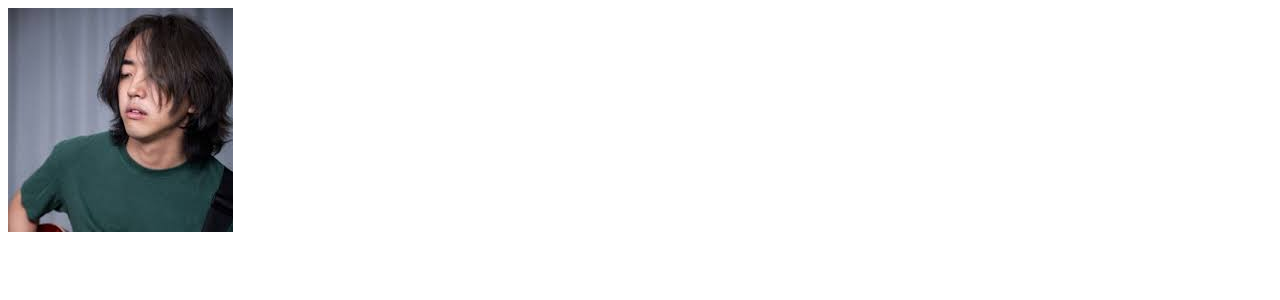
Repository: Migorithm/front_work
Page: front05_JQuery/src/main/webapp/3_event/jq01_append.html
The author's editor kept a copy of each file at every save. The page is drawn from the files as they stood at one save, then again after the next save.
The browser window is 1280 px wide. The pictures show the whole page.

Above is the page before, as saved 2021-09-03 05:15:16.

### front05_JQuery/src/main/webapp/3_event/jq01_append.html
<!DOCTYPE html>
<html>
<head>
<meta charset="UTF-8">
<title>Insert title here</title>
<style type="text/css"></style>
</head>

<script src="https://ajax.googleapis.com/ajax/libs/jquery/3.6.0/jquery.min.js"></script>
<script>
	$(function(){

		});
</script>


<body>
<img alt="" src="../image/1.jpg">
</body>
</html>

After the next save:
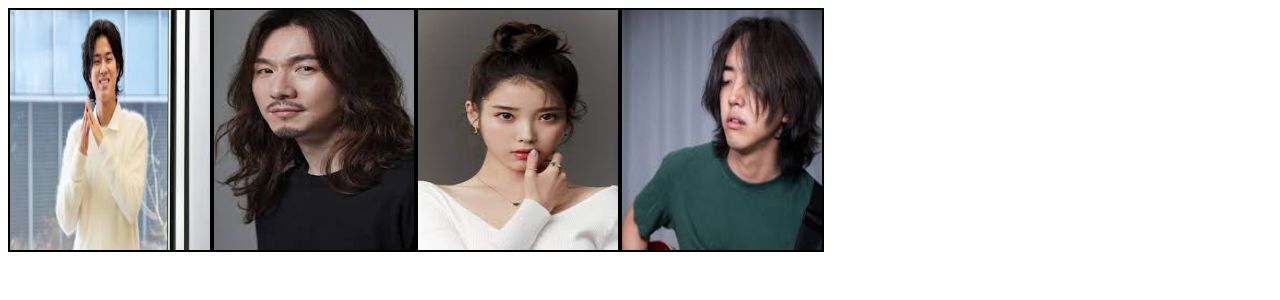
Saved 42 s later.
--- a/front05_JQuery/src/main/webapp/3_event/jq01_append.html
+++ b/front05_JQuery/src/main/webapp/3_event/jq01_append.html
@@ -2,13 +2,28 @@
 <html>
 <head>
 <meta charset="UTF-8">
-<title>Insert title here</title>
-<style type="text/css"></style>
+<title>setInterval(), append(), appendTo()</title>
+<style type="text/css">
+	.star{border:2px solid black; width:200px;height:240px;}
+</style>
+
 </head>
-
 <script src="https://ajax.googleapis.com/ajax/libs/jquery/3.6.0/jquery.min.js"></script>
 <script>
 	$(function(){
+		//1. 이미지들에 style을 적용한다.
+		$('img').addClass('star');
+
+		//2. append()를 이용해서 3초뒤에 맨 첫번째 이미지가 맨 뒤로 가도록 작성
+		//ECMA2015에서 발표된 문법. setTimeout(function(){},3000))
+
+/* 		setTimeout(()=>{
+			$('body').append($("img:eq(0)"))
+		},3000)
+ */
+		setInterval(()=>{
+			$("img:eq(0)").appendTo($('body'))
+		},1000)
 
 		});
 </script>
@@ -16,5 +31,8 @@
 
 <body>
 <img alt="" src="../image/1.jpg">
+<img alt="" src="../image/2.jpg">
+<img alt="" src="../image/3.jpg">
+<img alt="" src="../image/4.jpg">
 </body>
 </html>
